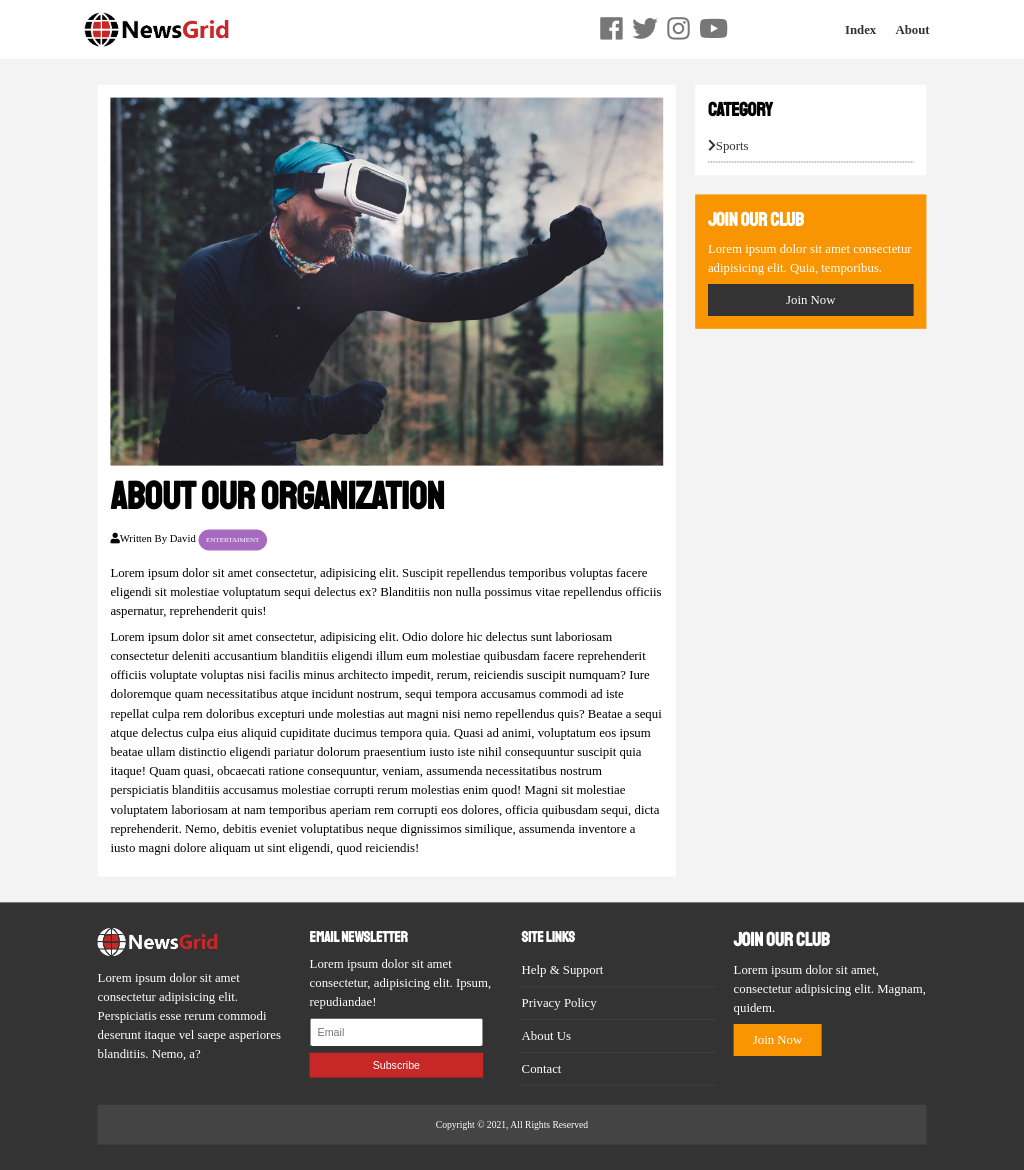
Repository: minhtien9/newsgrid
Page: article.html
The author's editor kept a copy of each file at every save. The page is drawn from the files as they stood at one save, then again after the next save.
The browser window is 1280 px wide. The pictures show the whole page, at 80% of full size.
Some web libraries are served in a nearby version.

Above is the page before, as saved 2021-08-26 12:12:13.

### article.html
<!DOCTYPE html>
<html lang="en">
  <head>
    <meta charset="UTF-8" />
    <meta name="viewport" content="width=device-width, initial-scale=1.0" />
    <meta http-equiv="X-UA-Compatible" content="ie=edge" />
    <link
      rel="stylesheet"
      href="https://use.fontawesome.com/releases/v5.6.3/css/all.css"
      integrity="sha384-UHRtZLI+pbxtHCWp1t77Bi1L4ZtiqrqD80Kn4Z8NTSRyMA2Fd33n5dQ8lWUE00s/"
      crossorigin="anonymous"
    />
    <link
      href="https://fonts.googleapis.com/css2?family=Lato&family=Staatliches&display=swap"
      rel="stylesheet"
    />
    <link rel="stylesheet" href="css/style.css" />
    <link
      rel="stylesheet"
      media="screen and (max-width: 768px)"
      href="css/mobile.css"
    />
    <link rel="shortcut icon" type="image/x-icon" href="favicon.ico" />
    <title>NewsGrid | Latest News</title>
  </head>

  <body>
    <nav id="main-nav">
      <div class="container">
        <img src="img/logo.png" alt="NewsGrid" class="logo" />
        <div class="social">
          <a href="http://facebook.com" target="_blank"
            ><i class="fab fa-facebook fa-2x"></i
          ></a>
          <a href="http://twitter.com" target="_blank"
            ><i class="fab fa-twitter fa-2x"></i
          ></a>
          <a href="http://instagram.com" target="_blank"
            ><i class="fab fa-instagram fa-2x"></i
          ></a>
          <a href="http://youtube.com" target="_blank"
            ><i class="fab fa-youtube fa-2x"></i
          ></a>
        </div>
        <ul>
          <li><a href="index.html">Index</a></li>
          <li><a href="about.html">About</a></li>
        </ul>
      </div>
    </nav>

    <section id="article">
      <div class="container">
        <div class="page-container">
          <article class="card">
            <img src="img/articles/ent1.jpg" alt="" />
            <h1 class="l-heading">About Our Organization</h1>
            <div class="meata">
              <small> <i class="fas fa-user"></i>Written By David </small>
              <div class="category category-ent">Entertaiment</div>
            </div>
            <p>
              Lorem ipsum dolor sit amet consectetur, adipisicing elit. Suscipit
              repellendus temporibus voluptas facere eligendi sit molestiae
              voluptatum sequi delectus ex? Blanditiis non nulla possimus vitae
              repellendus officiis aspernatur, reprehenderit quis!
            </p>
            <p>
              Lorem ipsum dolor sit amet consectetur, adipisicing elit. Odio
              dolore hic delectus sunt laboriosam consectetur deleniti
              accusantium blanditiis eligendi illum eum molestiae quibusdam
              facere reprehenderit officiis voluptate voluptas nisi facilis
              minus architecto impedit, rerum, reiciendis suscipit numquam? Iure
              doloremque quam necessitatibus atque incidunt nostrum, sequi
              tempora accusamus commodi ad iste repellat culpa rem doloribus
              excepturi unde molestias aut magni nisi nemo repellendus quis?
              Beatae a sequi atque delectus culpa eius aliquid cupiditate
              ducimus tempora quia. Quasi ad animi, voluptatum eos ipsum beatae
              ullam distinctio eligendi pariatur dolorum praesentium iusto iste
              nihil consequuntur suscipit quia itaque! Quam quasi, obcaecati
              ratione consequuntur, veniam, assumenda necessitatibus nostrum
              perspiciatis blanditiis accusamus molestiae corrupti rerum
              molestias enim quod! Magni sit molestiae voluptatem laboriosam at
              nam temporibus aperiam rem corrupti eos dolores, officia quibusdam
              sequi, dicta reprehenderit. Nemo, debitis eveniet voluptatibus
              neque dignissimos similique, assumenda inventore a iusto magni
              dolore aliquam ut sint eligendi, quod reiciendis!
            </p>
          </article>

          <aside id="categories" class="card">
            <h2>Category</h2>
            <ul class="list">
              <li>
                <a href="#"><i class="fas fa-chevron-right"></i>Sports</a>
              </li>
            </ul>
          </aside>
          <aside class="card bg-secondary">
            <h2>Join Our Club</h2>
            <p>
              Lorem ipsum dolor sit amet consectetur adipisicing elit. Quia,
              temporibus.
            </p>
            <a href="#" class="btn btn-dark btn-block">Join Now</a>
          </aside>
        </div>
      </div>
    </section>
    <!-- Footer -->
    <footer id="main-footer" class="py-2">
      <div class="container footer-container">
        <div>
          <img src="img/logo_light.png" alt="NewsGrid" />
          <p>
            Lorem ipsum dolor sit amet consectetur adipisicing elit.
            Perspiciatis esse rerum commodi deserunt itaque vel saepe asperiores
            blanditiis. Nemo, a?
          </p>
        </div>
        <div>
          <h3>Email NewsLetter</h3>
          <p>
            Lorem ipsum dolor sit amet consectetur, adipisicing elit. Ipsum,
            repudiandae!
          </p>
          <form>
            <input type="email" placeholder="Email" />
            <input type="submit" value="Subscribe" class="btn btn-primary" />
          </form>
        </div>
        <div>
          <h3>Site Links</h3>
          <ul class="list">
            <li><a href="#">Help & Support</a></li>
            <li><a href="#">Privacy Policy</a></li>
            <li><a href="#">About Us</a></li>
            <li><a href="#">Contact</a></li>
          </ul>
        </div>
        <div>
          <h2>Join Our Club</h2>
          <p>
            Lorem ipsum dolor sit amet, consectetur adipisicing elit. Magnam,
            quidem.
          </p>
          <a href="#" class="btn btn-secondary">Join Now</a>
        </div>
        <div>
          <p>Copyright &copy; 2021, All Rights Reserved</p>
        </div>
      </div>
    </footer>
  </body>
</html>

### css/style.css
:root {
  --primary-color: #c72727;
  --secondary-color: #f99500;
  --light-color: #f3f3f3;
  --dark-color: #333;
  --max-width: 1100px;
}

.category {
  --sports-color: #f99500;
  --ent-color: #a66bbe;
  --tech-color: #009cff;
}

* {
  margin: 0;
  padding: 0;
  box-sizing: border-box;
}

body {
  font-family: 'Lato' sans-serif;
  line-height: 1.5;
  background: var(--light-color);
}

a {
  color: #333;
  text-decoration: none;
}

ul {
  list-style: none;
}
p {
  margin: 0.5rem 0;
}

img {
  width: 100%;
}

h1,
h2,
h3,
h4,
h5,
h6 {
  font-family: 'Staatliches', cursive;
  margin-bottom: 0.55rem;
  line-height: 1.3;
}

/* Utility */

.container {
  max-width: var(--max-width);
  margin: auto;
  padding: 0 2rem;
  overflow: hidden;
}

.category {
  display: inline-block;
  color: #fff;
  font-size: 0.55rem;
  text-transform: uppercase;
  padding: 0.4rem 0.6rem;
  border-radius: 15px;
  margin-bottom: 0.5rem;
}

.category-sports {
  background: var(--sports-color);
}

.category-ent {
  background: var(--ent-color);
}

.category-tech {
  background: var(--tech-color);
}

.btn {
  display: inline-block;
  border: none;
  background: var(--dark-color);
  color: #fff;
  padding: 0.5rem 1.5rem;
}

.btn-light {
  background: var(--light-color);
}

.btn-primary {
  background: var(--primary-color);
}

.btn-secondary {
  background: var(--secondary-color);
}

.btn-block {
  display: block;
  width: 100%;
  text-align: center;
}

.btn:hover {
  opacity: 0.9;
}

.card {
  background: #fff;
  padding: 1rem;
}

.bg-dark {
  background: var(--dark-color);
  color: #fff;
}

.bg-primary {
  background: var(--primary-color);
  color: #fff;
}

.bg-secondary {
  background: var(--secondary-color);
  color: #fff;
}

.bg-dark h1,
.bg-dark h2,
.bg-dark h3,
.bg-dark a,
.bg-primary h1,
.bg-primary h2,
.bg-primary h3,
.bg-primary a,
.bg-secondary h1,
.bg-secondary h2,
.bg-secondary h3,
.bg-secondary a {
  color: #fff;
}

.py-1 {
  padding: 1.5rem 0;
}

.py-2 {
  padding: 2rem 0;
}

.py-3 {
  padding: 3rem 0;
}

.p-1 {
  padding: 1.5rem;
}

.p-2 {
  padding: 2rem;
}

.p-3 {
  padding: 3rem;
}

.l-heading{
  font-size: 3rem;
}
.list li {
  padding: 0.5rem 0;
  border-bottom: 1px dotted #555;
}
.list li a:hover {
  color: var(--primary-color) !important;
}

/* Inner page grid container */

.page-container {
  display: grid;
  grid-template-columns: 5fr 2fr;
  margin: 2rem 0;
  grid-gap: 1.5rem;
}

.page-container > *:first-child {
  grid-row: 1 / span 3;
}
/* Navigation */

#main-nav {
  background: #fff;
  position: sticky;
  top: 0;
  z-index: 2;
}

#main-nav .container {
  display: grid;
  grid-template-columns: 6fr 3fr 2fr;
  padding: 1rem;
  align-items: center;
}

#main-nav .logo {
  width: 180px;
}

#main-nav ul {
  justify-self: end;
  display: flex;
}

#main-nav ul li a {
  padding: 0.75rem;
  font-weight: bold;
}

#main-nav ul li a.current {
  background: var(--primary-color);
  color: #fff;
}

#main-nav ul li a:hover {
  background: var(--light-color);
  color: var(--dark-color);
}

#main-nav .social {
  justify-self: center;
}

#main-nav .social i {
  color: #777;
  margin-right: 0.5rem;
}

/* Showcase */

#showcase {
  color: #fff;
  background: #333;
  padding: 2rem;
  position: relative;
}

#showcase:before {
  content: '';
  background: url('../img/featured.jpg') no-repeat center center/cover;
  position: absolute;
  top: 0;
  left: 0;
  width: 100%;
  height: 100%;
  opacity: 0.4;
}

#showcase .showcase-container {
  display: grid;
  grid-template-columns: repeat(2, 1fr);
  justify-content: center;
  align-items: center;
  height: 80vh;
}

#showcase .showcase-content {
  z-index: 1;
}

#showcase .showcase-content p {
  margin-bottom: 1rem;
}

/* Home Articles */

#home-articles .articles-container {
  display: grid;
  grid-template-columns: repeat(3, 1fr);
  grid-gap: 1rem;
}

#home-articles .articles-container > *:first-child,
#home-articles .articles-container > *:last-child {
  display: grid;
  grid-template-columns: repeat(2, 1fr);
  grid-gap: 1rem;
  grid-column: 1 / span 2;
  align-items: center;
}

#home-articles .articles-container > *:last-child {
  grid-column: 2 / span 2;
}

/* Footer */

#main-footer {
  background: var(--dark-color);
  color: #fff;
}

#main-footer img {
  width: 150px;
}
#main-footer a {
  color: #fff;
}
#main-footer .footer-container {
  display: grid;
  grid-template-columns: repeat(4, 1fr);
  grid-gap: 1.5rem;
}
#main-footer .footer-container > *:last-child {
  background: #444;
  grid-column: 1 / span 4;
  padding: 0.5rem;
  text-align: center;
  font-size: 0.75rem;
}
#main-footer .footer-container input[type='email'] {
  width: 90%;
  padding: 0.5rem;
  margin-bottom: 0.5rem;
}
#main-footer .footer-container input[type='submit'] {
  width: 90%;
}

Loaded but not shown: css/mobile.css (no stored copy; drawn as an empty file)

After the next save:
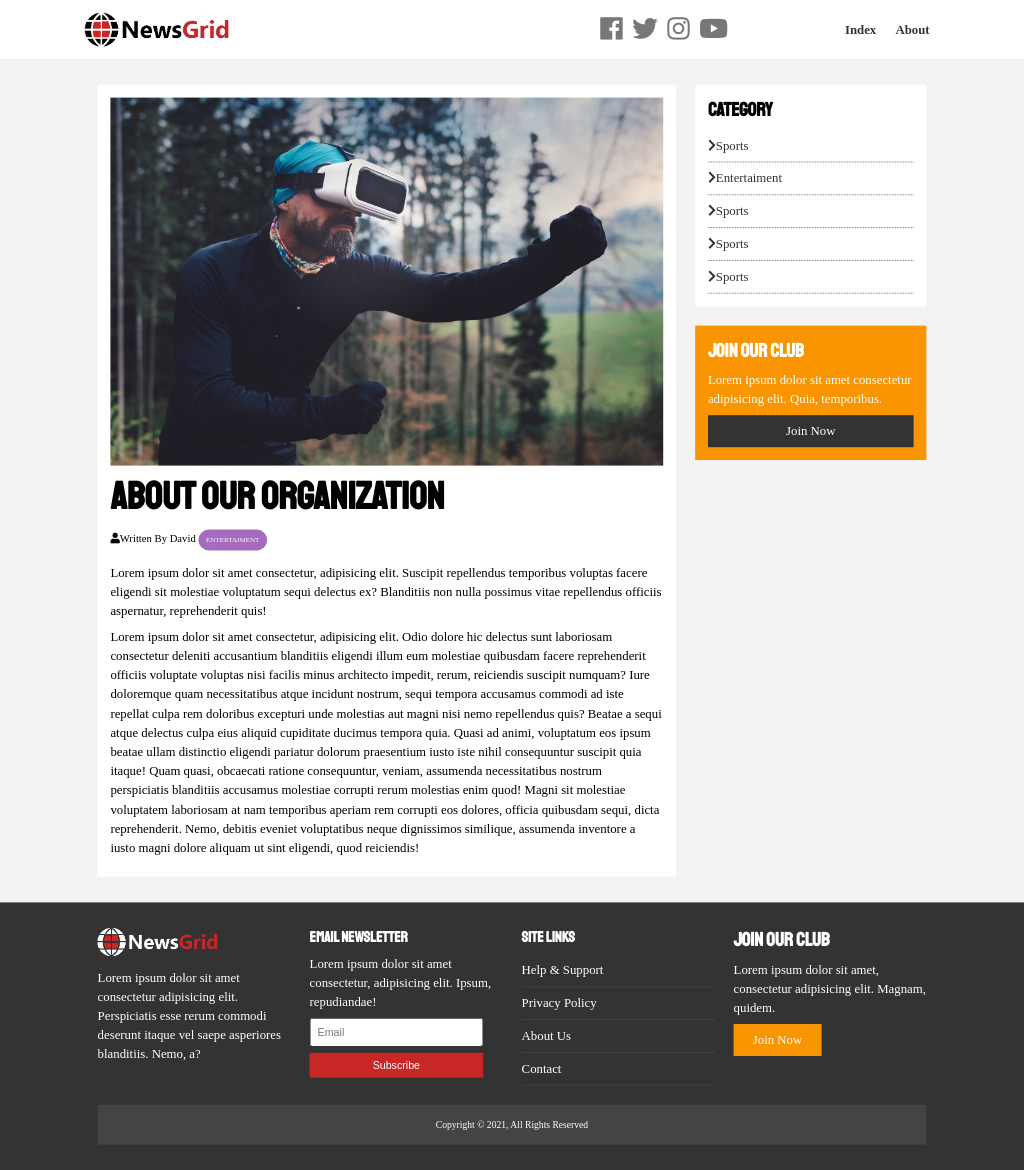
Saved 25 s later.
--- a/article.html
+++ b/article.html
@@ -94,6 +94,18 @@
               <li>
                 <a href="#"><i class="fas fa-chevron-right"></i>Sports</a>
               </li>
+              <li>
+                <a href="#"><i class="fas fa-chevron-right"></i>Entertaiment</a>
+              </li>
+              <li>
+                <a href="#"><i class="fas fa-chevron-right"></i>Sports</a>
+              </li>
+              <li>
+                <a href="#"><i class="fas fa-chevron-right"></i>Sports</a>
+              </li>
+              <li>
+                <a href="#"><i class="fas fa-chevron-right"></i>Sports</a>
+              </li>
             </ul>
           </aside>
           <aside class="card bg-secondary">
